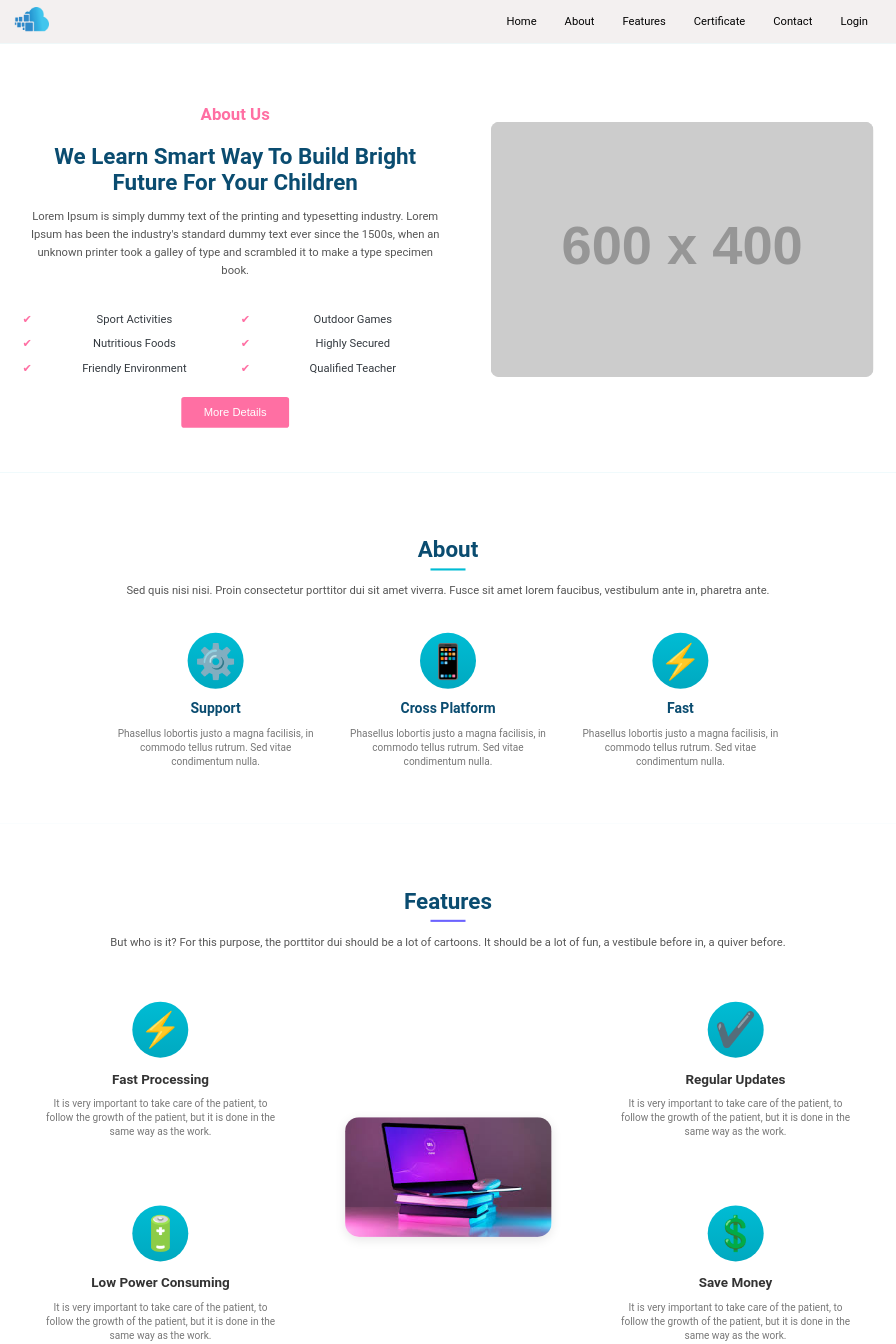
Repository: gautamsonam011/Institute
Page: /
These files come from the project's save history. The page is drawn as it stood at one moment and after the next save; the edit follows.
The browser window is 1280 px wide. The pictures show the part of the page from y = 0 to 1920 px (the page is 3549 px tall), at 70% of full size.
The project was rebuilt for these pictures with package versions that can differ from the ones it lists, and the page was loaded fresh each time. Also part of the build but not shown: vite.config.js, src/Header.jsx, src/Sidebar.jsx, src/Home.jsx, src/students/Addstudent.jsx, src/students/allstudent.css, src/students/Allstudents.jsx, src/Fee management/feehead.css and 9 more.

Above is the page before, as saved 2024-11-28 10:43:17.

### src/components/Last.jsx
import React from 'react'
import Navbar from './Navbar';
import Main from './Main';
import About from './About';
import Features from './Features';
import Team from './Team';
import Contact from './Contact'
import Footer from './Footer';

const Last = () => {
  return (
    <div>
      <Navbar/>
      <Main/>
      <About/>
      <Features/>
      <Team/>
      <Contact/>
      <Footer/>
    </div>
  )
}

export default Last

### src/students/addstudent.css
.form-container {
    width: 96%;
    margin: auto;
    padding: 20px;
    border: 1px solid #ccc;
    border-radius: 10px;
    background-color: #e0f7fa;
    box-shadow: 0 4px 10px rgba(0, 0, 0, 0.1);
  }

  h2 {
    color: #047d8d;
    text-align: center;
    margin-bottom: 20px;
    font-size: 1.5rem;
  }

  .form-group {
    margin-bottom: 20px;
  }

  label {
    display: block;
    font-weight: bold;
    color: #047d8d;
    margin-bottom: 5px;
  }

  input, select, textarea {
    width: 98%;
    padding: 12px;
    margin-top: 5px;
    border: 1px solid #b0bec5;
    border-radius: 4px;
    font-size: 1rem;
    transition: border-color 0.3s;
  }

  input:focus, select:focus, textarea:focus {
    border-color: #047d8d;
    outline: none;
  }

  button {
    padding: 10px 20px;
    background-color: #047d8d;
    color: white;
    border: none;
    cursor: pointer;
    font-size: 16px;
  }

  button:active {
    background-color: #64bdc9;;
  }

### src/components/Main.jsx
import React from "react";
import "./main.css";

const AboutSection = () => {
  return (
    <div className="about-section">
      <div className="about-content">
        <h3 className="about-heading">About Us</h3>
        <h2 className="about-title">
          We Learn Smart Way To Build Bright Future For Your Children
        </h2>
        <p className="about-description">
          Lorem Ipsum is simply dummy text of the printing and typesetting
          industry. Lorem Ipsum has been the industry's standard dummy text
          ever since the 1500s, when an unknown printer took a galley of type
          and scrambled it to make a type specimen book.
        </p>
        <ul className="about-list">
          <li>Sport Activities</li>
          <li>Outdoor Games</li>
          <li>Nutritious Foods</li>
          <li>Highly Secured</li>
          <li>Friendly Environment</li>
          <li>Qualified Teacher</li>
        </ul>
        <button className="about-button">More Details</button>
      </div>
      <div className="about-image-container">
        <img
          src="https://via.placeholder.com/600x400" /* Replace with actual image URL */
          alt="Children learning"
          className="about-image"
        />
        <div className="play-button">
          <span>▶</span>
        </div>
      </div>
    </div>
  );
};

export default AboutSection;

### src/components/About.jsx
import React from "react";
import "./about.css";

const About = () => {
  return (
    <section className="about-section" id="about">
      <div className="about-container">
        <h2 className="about-title">About</h2>
        <hr className="about-divider" />
        <p className="about-description">
          Sed quis nisi nisi. Proin consectetur porttitor dui sit amet viverra.
          Fusce sit amet lorem faucibus, vestibulum ante in, pharetra ante.
        </p>
        <div className="about-features">
          <div className="feature">
            <div className="feature-icon support-icon"></div>
            <h3>Support</h3>
            <p>
              Phasellus lobortis justo a magna facilisis, in commodo tellus
              rutrum. Sed vitae condimentum nulla.
            </p>
          </div>
          <div className="feature">
            <div className="feature-icon cross-platform-icon"></div>
            <h3>Cross Platform</h3>
            <p>
              Phasellus lobortis justo a magna facilisis, in commodo tellus
              rutrum. Sed vitae condimentum nulla.
            </p>
          </div>
          <div className="feature">
            <div className="feature-icon fast-icon"></div>
            <h3>Fast</h3>
            <p>
              Phasellus lobortis justo a magna facilisis, in commodo tellus
              rutrum. Sed vitae condimentum nulla.
            </p>
          </div>
        </div>
      </div>
    </section>
  );
};

export default About;

### src/components/Features.jsx
import React from "react";
import "./features.css";
import feature from '../assets/feature.jpeg'

const FeaturesPage = () => {
  const featuresLeft = [
    {
      title: "Fast Processing",
      description:
        "It is very important to take care of the patient, to follow the growth of the patient, but it is done in the same way as the work.",
      icon: "⚡",
    },
    {
      title: "Low Power Consuming",
      description:
        "It is very important to take care of the patient, to follow the growth of the patient, but it is done in the same way as the work.",
      icon: "🔋",
    },
  ];

  const featuresRight = [
    {
      title: "Regular Updates",
      description:
        "It is very important to take care of the patient, to follow the growth of the patient, but it is done in the same way as the work.",
      icon: "✔️",
    },
    {
      title: "Save Money",
      description:
        "It is very important to take care of the patient, to follow the growth of the patient, but it is done in the same way as the work.",
      icon: "💲",
    },
  ];

  return (
    <div className="features-section" id="features">
      <div className="features-container">
        <h2 className="features-title">Features</h2>
        <div className="features-divider"></div>
        <p className="features-description">
          But who is it? For this purpose, the porttitor dui should be a lot of
          cartoons. It should be a lot of fun, a vestibule before in, a quiver
          before.
        </p>

        <div className="features-content">
          <div className="features-column">
            {featuresLeft.map((feature, index) => (
              <div className="feature-card" key={index}>
                <div className="feature-icon">{feature.icon}</div>
                <h3 className="feature-title">{feature.title}</h3>
                <p className="feature-description">{feature.description}</p>
              </div>
            ))}
          </div>

          <div className="features-image">
            <img src={feature} alt="Mobile" />
          </div>

          <div className="features-column">
            {featuresRight.map((feature, index) => (
              <div className="feature-card" key={index}>
                <div className="feature-icon">{feature.icon}</div>
                <h3 className="feature-title">{feature.title}</h3>
                <p className="feature-description">{feature.description}</p>
              </div>
            ))}
          </div>
        </div>
      </div>
    </div>
  );
};

export default FeaturesPage;

### src/components/Team.jsx
import React from "react";
import "./team.css";
import user1 from '../assets/user1.jpg';
import user2 from '../assets/user2.jpg';
import user3 from '../assets/user3.jpg'

const OurTeam = () => {
  const teamMembers = [
    {
      name: "Jane Doe",
      image: user1, // Replace with the correct image path
      title: "Web Developer",
    },
    {
      name: "John Smith",
      image: user2, // Replace with the correct image path
      title: "UI/UX Designer",
    },
    {
      name: "Mike Johnson",
      image: user3, // Replace with the correct image path
      title: "Project Manager",
    },
  ];

  return (
    <section className="our-team">
      <div className="container">
        <h2 className="team-heading">Our Team</h2>
        <p className="team-description">
          Sed quis nisi nisi. Proin consectetur porttitor dui sit amet viverra. Fusce sit amet lorem faucibus, vestibulum ante in, pharetra ante.
        </p>
        <div className="team-members">
          {teamMembers.map((member, index) => (
            <div key={index} className="team-member">
              <img
                src={member.image}
                alt={member.name}
                className="team-member-img"
              />
              <h3 className="member-name">{member.name}</h3>
              <p className="member-title">{member.title}</p>
            </div>
          ))}
        </div>
      </div>
    </section>
  );
};

export default OurTeam;

### src/components/Contact.jsx
import React from "react";
import "./contact.css";

const ContactUs = () => {
  return (
    <section className="contact-us" id="contact">
      <div className="container">
        <h2 className="contact-heading">Contact us</h2>
        <p className="contact-description">
          Sed quis nisi nisi. Proin consectetur porttitor dui sit amet viverra. Fusce sit amet lorem faucibus, vestibulum ante in, pharetra ante.
        </p>
        <div className="contact-content">
          {/* Left: Contact Form */}
          <form className="contact-form">
            <div className="form-row">
              <input
                type="text"
                placeholder="Full Name"
                className="form-input"
              />
              <input type="email" placeholder="Email" className="form-input" />
            </div>
            <div className="form-row">
              <input type="text" placeholder="Subject" className="form-input" />
            </div>
            <div className="form-row">
              <textarea
                placeholder="Message"
                className="form-textarea"
              ></textarea>
            </div>
            <button type="submit" className="form-submit">
              SUBMIT
            </button>
          </form>
          {/* Right: Contact Info */}
          <div className="contact-info">
            <div className="info-box">
              <p>
                <strong>ADDRESS</strong>
                <br />
                New Delhi, India
              </p>
            </div>
            <div className="info-box">
              <p>
                <strong>PHONE</strong>
                <br />
                009900990099
              </p>
            </div>
            <div className="info-box">
              <p>
                <strong>E-MAIL</strong>
                <br />
                yogeshsingh.now@gmail.com
              </p>
            </div>
            <div className="info-box">
              <p>
                <strong>WORKING HOURS</strong>
                <br />
                Mon-Fri 9.00 AM to 5.00 PM
              </p>
            </div>
          </div>
        </div>
      </div>
    </section>
  );
};

export default ContactUs;

### src/components/Footer.jsx
import React from "react";
import "./footer.css";

const Footer = () => {
  return (
    <footer className="footer">
      <div className="container">
        <div className="footer-content">
          {/* About Section */}
          <div className="footer-section">
            <h3>About Us</h3>
            <p>
              We provide excellent training services and certifications. Our goal is to help you grow professionally and achieve your career goals.
            </p>
          </div>
          {/* Quick Links */}
          <div className="footer-section">
            <h3>Quick Links</h3>
            <ul className="footer-links">
              <li><a href="#home">Home</a></li>
              <li><a href="#about">About</a></li>
              <li><a href="#features">Features</a></li>
              <li><a href="#contact">Contact</a></li>
            </ul>
          </div>
          {/* Contact Info */}
          <div className="footer-section">
            <h3>Contact Us</h3>
            <p>New Delhi, India</p>
            <p>Phone: 009900990099</p>
            <p>Email: info@example.com</p>
          </div>
        </div>
        {/* Social Media */}
        <div className="footer-social">
          <a href="#" className="social-icon">
            <i className="fab fa-facebook-f"></i>
          </a>
          <a href="#" className="social-icon">
            <i className="fab fa-twitter"></i>
          </a>
          <a href="#" className="social-icon">
            <i className="fab fa-instagram"></i>
          </a>
          <a href="#" className="social-icon">
            <i className="fab fa-linkedin-in"></i>
          </a>
        </div>
        {/* Footer Bottom */}
        <div className="footer-bottom">
          <p>© 2024 Your Company. All Rights Reserved.</p>
        </div>
      </div>
    </footer>
  );
};

export default Footer;

### src/components/navbar.css
/* Navbar styles */
.navbar {
  display: flex;
  justify-content: space-between;
  align-items: center;
  padding: 10px 20px;
  background-color: #f3f0f0;
}

.navbar .logo img {
  width: 50px;
}

.navbar .nav-links {
  display: flex;
  gap: 20px;
}

.navbar .nav-links ul {
  list-style: none;
  margin: 0;
  padding: 0;
  display: flex;
}

.navbar .nav-links li a {
  color: rgb(2, 2, 2);
  text-decoration: none;
  padding: 10px 20px;
}

.navbar .hamburger {
  display: none;
  cursor: pointer;
}

.navbar .hamburger .bar {
  width: 25px;
  height: 4px;
  background-color: rgb(14, 13, 13);
  margin: 5px;
  transition: all 0.3s;
}

/* Show the hamburger icon on small screens */
@media (max-width: 768px) {
  .navbar .nav-links {
    display: none;
    width: 100%;
    flex-direction: column;
    align-items: center;
    position: absolute;
    top: 60px;
    left: 0;
    background-color: #333;
    z-index: 100;
  }

  .navbar .nav-links.active {
    display: flex;
  }

  .navbar .hamburger {
    display: block;
  }

  .navbar .hamburger.active .bar:nth-child(1) {
    transform: rotate(45deg);
    position: relative;
    top: 9px;
  }

  .navbar .hamburger.active .bar:nth-child(2) {
    opacity: 0;
  }

  .navbar .hamburger.active .bar:nth-child(3) {
    transform: rotate(-45deg);
    position: relative;
    top: -9px;
  }
}

### src/components/main.css
/* About Section Styling */
.about-section {
  display: flex;
  align-items: center;
  justify-content: space-between;
  gap: 2rem;
  padding: 3rem;
  background-color: #fefefe;
  flex-wrap: wrap; /* Makes it responsive */
}

.about-content {
  max-width: 50%;
}

.about-heading {
  color: #ff6fa3;
  font-size: 1.5rem;
  font-weight: 600;
  margin-bottom: 1rem;
}

.about-title {
  font-size: 2.5rem;
  font-weight: 700;
  margin-bottom: 1.5rem;
  color: #343a40;
}

.about-description {
  font-size: 1rem;
  line-height: 1.8;
  margin-bottom: 1.5rem;
  color: #555;
}

.about-list {
  display: grid;
  grid-template-columns: repeat(2, 1fr);
  gap: 1rem;
  margin-bottom: 2rem;
  list-style: none;
  padding: 0;
}

.about-list li {
  font-size: 1rem;
  color: #343a40;
  position: relative;
  padding-left: 1.5rem;
}

.about-list li::before {
  content: "✔";
  position: absolute;
  left: 0;
  color: #ff6fa3;
}

.about-button {
  background-color: #ff6fa3;
  color: white;
  border: none;
  border-radius: 4px;
  padding: 0.8rem 2rem;
  font-size: 1rem;
  cursor: pointer;
}

.about-image-container {
  position: relative;
  max-width: 45%;
}

.about-image {
  width: 100%;
  border-radius: 12px;
}

/* .play-button {
  position: absolute;
  top: 50%;
  left: 50%;
  transform: translate(-50%, -50%);
  background-color: rgba(255, 255, 255, 0.8);
  border-radius: 50%;
  width: 70px;
  height: 70px;
  display: flex;
  align-items: center;
  justify-content: center;
  font-size: 1.5rem;
  color: #ff6fa3;
  cursor: pointer;
} */

/* Responsive Design */
@media (max-width: 768px) {
  .about-section {
    flex-direction: column;
    text-align: center;
    padding: 1.5rem;
  }

  .about-content {
    max-width: 100%;
  }

  .about-image-container {
    max-width: 100%;
  }
}

### src/components/about.css
.about-section {
    padding: 4rem 2rem;
    text-align: center;
    background-color: white;
  }

  .about-container {
    max-width: 1200px;
    margin: 0 auto;
  }

  .about-title {
    font-size: 2rem;
    color: #0a4c70;
    font-weight: bold;
    margin-bottom: 0.5rem;
  }

  .about-divider {
    width: 50px;
    height: 3px;
    background-color: #00bcd4;
    border: none;
    margin: 0.5rem auto;
  }

  .about-description {
    font-size: 1rem;
    color: #555;
    margin: 1rem 0 3rem;
    line-height: 1.6;
  }

  .about-features {
    display: flex;
    justify-content: center;
    gap: 2rem;
    flex-wrap: wrap;
  }

  .feature {
    text-align: center;
    max-width: 300px;
  }

  .feature-icon {
    width: 80px;
    height: 80px;
    margin: 0 auto 1rem;
    border-radius: 50%;
    background: linear-gradient(to bottom, #00bcd4, #00a9c0);
    display: flex;
    justify-content: center;
    align-items: center;
    font-size: 2rem;
    color: white;
    transition: transform 0.3s ease, background-color 0.3s ease;
  }

  .feature-icon:hover {
    transform: scale(1.2); /* Enlarges the icon on hover */
    background: linear-gradient(to bottom, #00a9c0, #00bcd4); /* Reverses the gradient */
    cursor: pointer;
  }

  .support-icon::before {
    content: "⚙️"; /* Replace with an actual image or icon if desired */
  }

  .cross-platform-icon::before {
    content: "📱"; /* Replace with an actual image or icon if desired */
  }

  .fast-icon::before {
    content: "⚡"; /* Replace with an actual image or icon if desired */
  }

  .feature h3 {
    font-size: 1.25rem;
    color: #0a4c70;
    margin: 0.5rem 0;
  }

  .feature p {
    font-size: 0.9rem;
    color: #777;
    line-height: 1.4;
  }

### src/components/features.css
.features-section {
    padding: 4rem 2rem;
    text-align: center;
    background-color: white;
  }

  .features-container {
    max-width: 1200px;
    margin: 0 auto;
  }

  .features-title {
    font-size: 2rem;
    color: #0a4c70;
    font-weight: bold;
    margin-bottom: 0.5rem;
  }

  .features-divider {
    width: 50px;
    height: 3px;
    background-color: #6c63ff;
    margin: 0.5rem auto 1rem;
  }

  .features-description {
    font-size: 1rem;
    color: #555;
    margin-bottom: 3rem;
    line-height: 1.6;
  }

  .features-content {
    display: flex;
    align-items: center;
    justify-content: space-between;
    gap: 2rem;
  }

  .features-column {
    display: flex;
    flex-direction: column;
    gap: 2rem;
    flex: 1;
  }

  .feature-card {
    text-align: center;
    padding: 1.5rem;
    /* border: 1px solid #ddd; */
    /* border-radius: 10px;
    background: #f9f9f9; */
    transition: transform 0.3s ease, box-shadow 0.3s ease;
  }

  .feature-card:hover {
    transform: translateY(-10px);
    box-shadow: 0 8px 20px rgba(0, 0, 0, 0.15);
  }

  .feature-icon {
    font-size: 3rem;
    color: #6c63ff;
    margin-bottom: 1rem;
  }

  .feature-title {
    font-size: 1.2rem;
    color: #333;
    font-weight: bold;
    margin-bottom: 0.5rem;
  }

  .feature-description {
    font-size: 0.9rem;
    color: #777;
    line-height: 1.4;
  }

  .features-image {
    flex: 1;
    display: flex;
    justify-content: center;
    align-items: center;
  }

  .features-image img {
    max-width: 100%;
    height: auto;
    border-radius: 20px;
    box-shadow: 0 4px 15px rgba(0, 0, 0, 0.1);
  }

### src/components/team.css
.our-team {
    text-align: center;
    padding: 50px 20px;
    background-color: #f9f9f9;
  }

  .team-heading {
    font-size: 2rem;
    color: #0a4c70;
    font-weight: bold;
    margin-bottom: 20px;
  }

  .team-description {
    color: #555;
    font-size: 1rem;
    margin-bottom: 40px;
  }

  .team-members {
    display: flex;
    justify-content: center;
    gap: 60px; /* Increased gap between images */
    flex-wrap: wrap;
  }

  .team-member {
    max-width: 250px; /* Allows for a larger size */
    text-align: center;
  }

  .team-member-img {
    width: 150px; /* Larger circle size */
    height: 150px; /* Match width for a perfect circle */
    border-radius: 50%;
    object-fit: cover;
    margin-bottom: 15px;
    border: 3px solid #ddd; /* Optional: Add a border for better appearance */
  }

  .member-name {
    font-size: 1rem;
    font-weight: bold;
    color: #333;
    margin-top: 10px;
  }

  .member-title {
    font-size: 0.9rem;
    color: #777;
  }

### src/components/contact.css
.contact-us {
    text-align: center;
    padding: 70px 40px;
    background-color: #f9f9f9;
  }

  .contact-heading {
    font-size: 2rem;
    color: #0a4c70;
    font-weight: bold;
    margin-bottom: 10px;
  }

  .contact-description {
    color: #555;
    font-size: 1rem;
    margin-bottom: 40px;
  }

  .contact-content {
    display: flex;
    justify-content: space-between;
    gap: 20px;
    flex-wrap: wrap;
    max-width: 1200px; /* Restrict max width */
    margin: 0 auto; /* Center content horizontally */
  }

  .contact-form {
    flex: 1;
    max-width: 60%;
  }

  .contact-info {
    flex: 1;
    max-width: 30%;
    background: #e0f7fa;
    padding: 20px;
    border-radius: 10px;
  }

  .form-row {
    display: flex;
    gap: 10px;
    margin-bottom: 15px;
  }

  .form-input {
    width: 100%;
    padding: 10px;
    border: 1px solid #ddd;
    border-radius: 25px;
  }

  .form-textarea {
    width: 100%;
    padding: 10px;
    height: 100px;
    border: 1px solid #ddd;
    border-radius: 5px;
  }

  .form-submit {
    width: 100%;
    padding: 10px;
    background: #0a4c70;
    color: white;
    border: none;
    border-radius: 5px;
    cursor: pointer;
    font-weight: bold;
  }

  .info-box {
    text-align: left;
    margin-bottom: 15px;
  }

  .info-box p {
    margin: 0;
    color: #333;
  }

  .info-box strong {
    display: block;
    margin-bottom: 5px;
    color: #0a4c70;
  }

### src/components/footer.css
.footer {
    background-color: #0a4c70;
    color: white;
    padding: 40px 20px;
    text-align: center;
  }

  .container {
    max-width: 1200px;
    margin: 0 auto;
  }

  .footer-content {
    display: flex;
    justify-content: space-between;
    flex-wrap: wrap;
    margin-bottom: 20px;
  }

  .footer-section {
    flex: 1;
    min-width: 200px;
    margin: 10px;
  }

  .footer-section h3 {
    font-size: 1.2rem;
    margin-bottom: 10px;
    color: #e0f7fa;
  }

  .footer-section p,
  .footer-section a {
    font-size: 0.9rem;
    color: white;
    line-height: 1.6;
  }

  .footer-section a {
    text-decoration: none;
    color: #e0f7fa;
  }

  .footer-section a:hover {
    text-decoration: underline;
  }

  .footer-links {
    list-style: none;
    padding: 0;
  }

  .footer-links li {
    margin-bottom: 8px;
  }

  .footer-links a {
    color: white;
    text-decoration: none;
  }

  .footer-links a:hover {
    text-decoration: underline;
  }

  .footer-social {
    margin: 20px 0;
  }

  .social-icon {
    margin: 0 10px;
    font-size: 1.2rem;
    color: white;
    text-decoration: none;
  }

  .social-icon:hover {
    color: #e0f7fa;
  }

  .footer-bottom {
    border-top: 1px solid #e0f7fa;
    padding-top: 10px;
    font-size: 0.8rem;
    color: #e0f7fa;
  }

Loaded but not shown: index.html (common file); src/main.jsx (common file); src/App.css (268 lines, source omitted); src/components/Navbar.jsx (119 lines, source omitted); src/App.jsx (72 lines, source omitted)

After the next save:
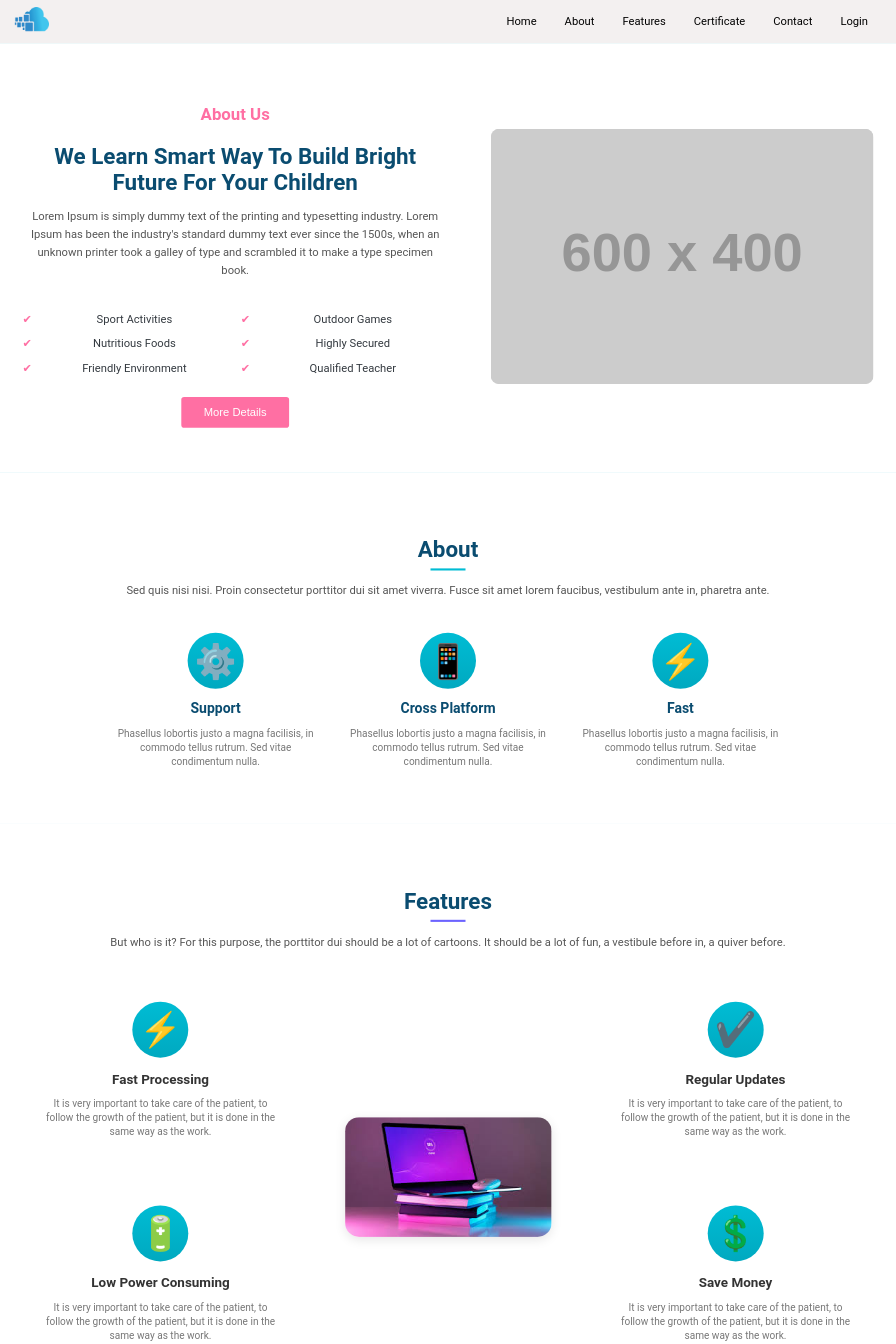
Saved 2 s later.
--- a/src/components/Main.jsx
+++ b/src/components/Main.jsx
@@ -31,9 +31,6 @@ const AboutSection = () => {
           alt="Children learning"
           className="about-image"
         />
-        <div className="play-button">
-          <span>▶</span>
-        </div>
       </div>
     </div>
   );
